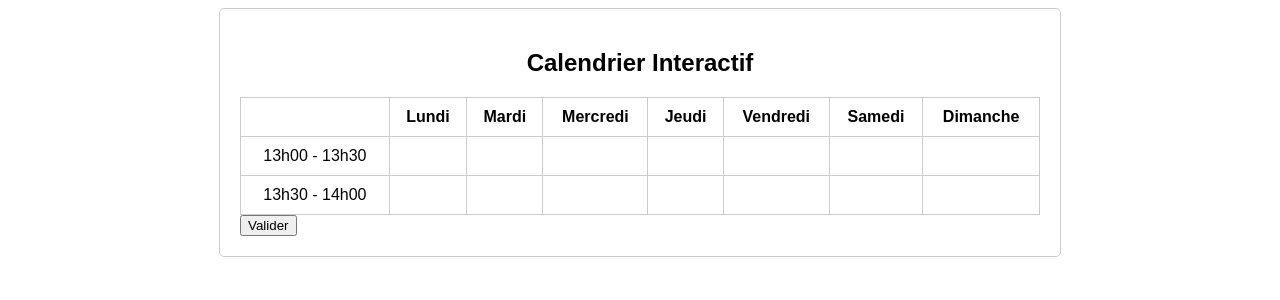
Repository: Crosnierpaul/Les_Rangers_de_Pouvoir
Page: http://localhost/
These files come from the project's save history. The page is drawn as it stood at one moment and after the next save; the edit follows.
The browser window is 1280 px wide. The pictures show the whole page.
The page is served by the project's Node server (testscalendrier/server.js).

Above is the page before, as saved 2024-04-18 16:21:13.

### testscalendrier/public/index.html
<!DOCTYPE html>
<html lang="fr">
<head>
    <meta charset="UTF-8">
    <meta name="viewport" content="width=device-width, initial-scale=1.0">
    <title>Calendrier Interactif</title>
    <link rel="stylesheet" href="style/styles.css">
</head>
<body>
    <div class="calendar">
        <div class="calendar-header">
            <h2>Calendrier Interactif</h2>
        </div>
        <table class="calendar-table">
            <thead>
                <tr>
                    <th></th>
                    <th>Lundi</th>
                    <th>Mardi</th>
                    <th>Mercredi</th>
                    <th>Jeudi</th>
                    <th>Vendredi</th>
                    <th>Samedi</th>
                    <th>Dimanche</th>
                </tr>
            </thead>
            <tbody id="calendarBody">
                <!-- Les créneaux horaires seront générés dynamiquement ici -->
            </tbody>
        </table>
        <!-- Ajout du bouton "Valider" -->
        <button id="validateButton">Valider</button>
    </div>

    <script src="js/script.js"></script>
</body>
</html>

### testscalendrier/server.js
const express = require('express');
const MongoClient = require('mongodb').MongoClient;
const bodyParser = require('body-parser');
const path = require('path');

const app = express();
const port = 3000;

app.use(bodyParser.json());
app.use(express.static(path.join(__dirname, 'public')));

const url = 'mongodb://localhost:27017';
const dbName = 'calendrier';
const collectionName = 'reservations';

MongoClient.connect(url, { useNewUrlParser: true, useUnifiedTopology: true }, (err, client) => {
    if (err) return console.error(err);
    console.log("Connexion réussie à la base de données");

    const db = client.db(dbName);
    const collection = db.collection(collectionName);

    // Route pour vérifier si un créneau est déjà réservé
    app.post('/checkReservation', (req, res) => {
        const { day, hour } = req.body;

        collection.findOne({ [hour]: { [day]: true } }, (err, result) => {
            if (err) {
                console.error(err);
                return res.status(500).json({ error: 'Erreur lors de la vérification de la réservation' });
            }

            // Si le créneau est trouvé, il est réservé ; sinon, il est disponible
            const isReserved = result !== null;
            res.json({ reserved: isReserved });
        });
    });

    // Route pour ajouter une réservation à la base de données
    app.post('/reservations', (req, res) => {
        const reservation = req.body;
        collection.insertOne(reservation, (err, result) => {
            if (err) {
                console.error(err);
                return res.status(500).json({ error: 'Erreur lors de l\'ajout de la réservation' });
            }
            console.log("Réservation ajoutée à la base de données :", result.ops[0]);
            res.json({ message: 'Réservation ajoutée avec succès', reservation: result.ops[0] });
        });
    });
});

app.listen(port, () => {
    console.log(`Serveur démarré sur le port ${port}`);
});

app.get("/", (req, res) => {
    res.sendFile(path.join(__dirname, 'index.html'));
});

### testscalendrier/public/style/styles.css
body {
    font-family: Arial, sans-serif;
}

.calendar {
    max-width: 800px;
    margin: 0 auto;
    padding: 20px;
    border: 1px solid #ccc;
    border-radius: 5px;
}

.calendar-header {
    text-align: center;
    margin-bottom: 20px;
}

.calendar-table {
    width: 100%;
    border-collapse: collapse;
}

.calendar-table th,
.calendar-table td {
    border: 1px solid #ccc;
    padding: 10px;
    text-align: center;
}

.day-header {
    background-color: #f2f2f2;
}

.time-slot {
    cursor: pointer;
}

.time-slot:hover {
    background-color: #e0e0e0;
}

.reserved {
    background-color: #ffa07a; /* Couleur de marque pour les cases réservées */
}

### testscalendrier/public/js/script.js
document.addEventListener("DOMContentLoaded", function() {
    const days = ['Lundi', 'Mardi', 'Mercredi', 'Jeudi', 'Vendredi', 'Samedi', 'Dimanche'];
    const hours = ['13h00 - 13h30', '13h30 - 14h00'];

    const calendarBody = document.getElementById('calendarBody');

    // Créer une grille pour suivre les réservations
    const reservations = {};
    hours.forEach(hour => {
        reservations[hour] = {};
        days.forEach(day => {
            reservations[hour][day] = false; // initialiser toutes les cases comme non réservées
        });
    });

    // Générer les créneaux horaires
    hours.forEach(hour => {
        const row = document.createElement('tr');
        const hourCell = document.createElement('td');
        hourCell.textContent = hour;
        row.appendChild(hourCell);

        days.forEach(day => {
            const timeSlot = document.createElement('td');
            timeSlot.classList.add('time-slot');
            timeSlot.setAttribute('data-day', day);
            timeSlot.setAttribute('data-hour', hour);
            row.appendChild(timeSlot);
        });

        calendarBody.appendChild(row);
    });

    // Gérer les clics sur les créneaux horaires
    const timeSlots = document.querySelectorAll('.time-slot');
    let reservationMade = false; // Indique si une réservation a déjà été effectuée
    let lastReservedSlot = null; // Garde une trace du dernier créneau réservé

    timeSlots.forEach(slot => {
        slot.addEventListener('click', function() {
            const day = this.getAttribute('data-day');
            const hour = this.getAttribute('data-hour');
            const isReserved = reservations[hour][day];

            if (reservationMade && !isReserved) {
                alert(`Vous avez déjà réservé un créneau. Veuillez d'abord annuler la réservation existante.`);
                return;
            }

            if (isReserved) {
                const confirmation = window.confirm(`Vous avez déjà réservé un créneau pour le ${day} à ${hour}. Voulez-vous changer de créneau ?`);
                if (confirmation) {
                    // Supprimer l'ancien créneau réservé
                    lastReservedSlot.classList.remove('reserved');
                    reservations[lastReservedSlot.getAttribute('data-hour')][lastReservedSlot.getAttribute('data-day')] = false;
                    reservationMade = false; // Réinitialiser la variable reservationMade à false
                }
            } else {
                // Réserver le créneau
                this.classList.add('reserved');
                reservations[hour][day] = true;
                alert(`Créneau réservé pour le ${day} à ${hour}`);
                reservationMade = true;
                lastReservedSlot = this;
            }
        });
    });

    // Gérer le clic sur le bouton "Valider"
    const validateButton = document.getElementById('validateButton');
    validateButton.addEventListener('click', function() {
        // Envoyer les données du calendrier à la base de données
        sendDataToDatabase(reservations);
    });

    // Fonction pour envoyer les données à la base de données
    // Fonction pour envoyer les données à l'API backend
function sendDataToDatabase(data) {
    // Définition de l'URL de votre API backend
    const apiUrl = 'http://localhost:3000/reservations'; // L'URL peut varier en fonction de votre configuration de serveur

    // Configuration de la requête HTTP
    const requestOptions = {
        method: 'POST',
        headers: {
            'Content-Type': 'application/json'
        },
        body: JSON.stringify(data) // Convertir les données en JSON pour l'envoi
    };

    // Envoi de la requête HTTP à l'API backend
    fetch(apiUrl, requestOptions)
        .then(response => {
            if (!response.ok) {
                throw new Error('Erreur lors de la requête HTTP');
            }
            return response.json(); // Analyser la réponse JSON de l'API backend
        })
        .then(data => {
            console.log('Réponse de l\'API backend :', data);
            // Vous pouvez ajouter ici un code pour gérer la réponse de l'API backend si nécessaire
        })
        .catch(error => {
            console.error('Erreur lors de la communication avec l\'API backend :', error);
            // Vous pouvez ajouter ici un code pour gérer les erreurs de communication avec l'API backend
        });
}

});

After the next save:
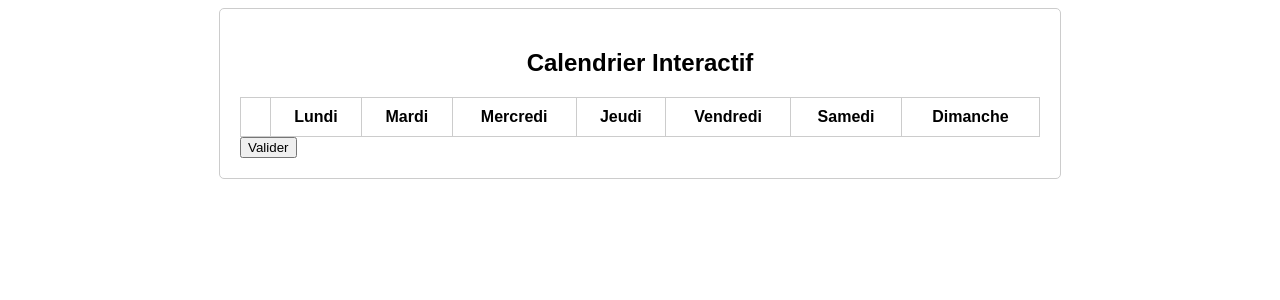
Console error: SyntaxError: missing ) after argument list
Saved 12 min 57 s later.
--- a/testscalendrier/public/js/script.js
+++ b/testscalendrier/public/js/script.js
@@ -75,18 +75,36 @@
 
     // Fonction pour envoyer les données à la base de données
     // Fonction pour envoyer les données à l'API backend
-function sendDataToDatabase(data) {
-    // Définition de l'URL de votre API backend
-    const apiUrl = 'http://localhost:3000/reservations'; // L'URL peut varier en fonction de votre configuration de serveur
+    function sendDataToDatabase(data) {
+        // Définition de l'URL de votre API backend
+        const apiUrl = 'http://localhost:3000/reservations'; // L'URL peut varier en fonction de votre configuration de serveur
 
-    // Configuration de la requête HTTP
-    const requestOptions = {
-        method: 'POST',
-        headers: {
-            'Content-Type': 'application/json'
-        },
-        body: JSON.stringify(data) // Convertir les données en JSON pour l'envoi
-    };
+        // Configuration de la requête HTTP
+        const requestOptions = {
+            method: 'POST',
+            headers: {
+                'Content-Type': 'application/json'
+            },
+            body: JSON.stringify({ reservation: data }) // Modifiez le format JSON ici
+        };
+
+        // Envoi de la requête HTTP à l'API backend
+        fetch(apiUrl, requestOptions)
+            .then(response => {
+                if (!response.ok) {
+                    throw new Error('Erreur lors de la requête HTTP');
+                }
+                return response.json(); // Analyser la réponse JSON de l'API backend
+            })
+            .then(data => {
+                console.log('Réponse de l\'API backend :', data);
+                // Vous pouvez ajouter ici un code pour gérer la réponse de l'API backend si nécessaire
+            })
+            .catch(error => {
+                console.error('Erreur lors de la communication avec l\'API backend :', error);
+                // Vous pouvez ajouter ici un code pour gérer les erreurs de communication avec l'API backend
+            });
+    }
 
     // Envoi de la requête HTTP à l'API backend
     fetch(apiUrl, requestOptions)

After the save that followed:
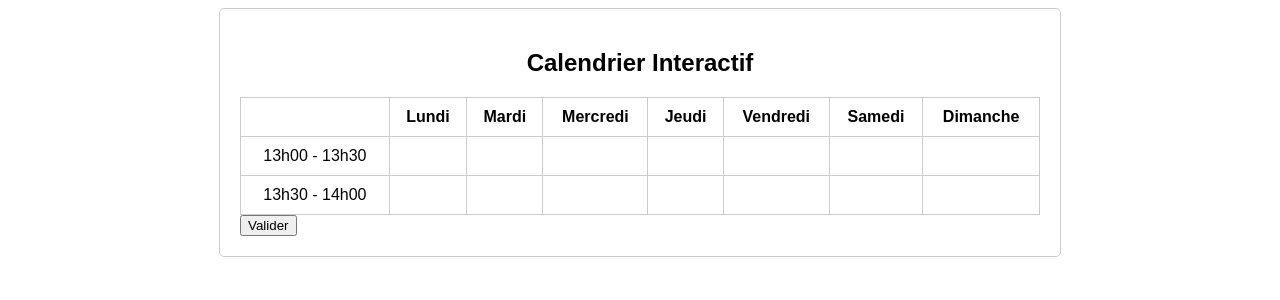
Console error: ReferenceError: apiUrl is not defined
Saved 41 s later.
--- a/testscalendrier/public/js/script.js
+++ b/testscalendrier/public/js/script.js
@@ -122,6 +122,4 @@
             console.error('Erreur lors de la communication avec l\'API backend :', error);
             // Vous pouvez ajouter ici un code pour gérer les erreurs de communication avec l'API backend
         });
-}
-
 });
